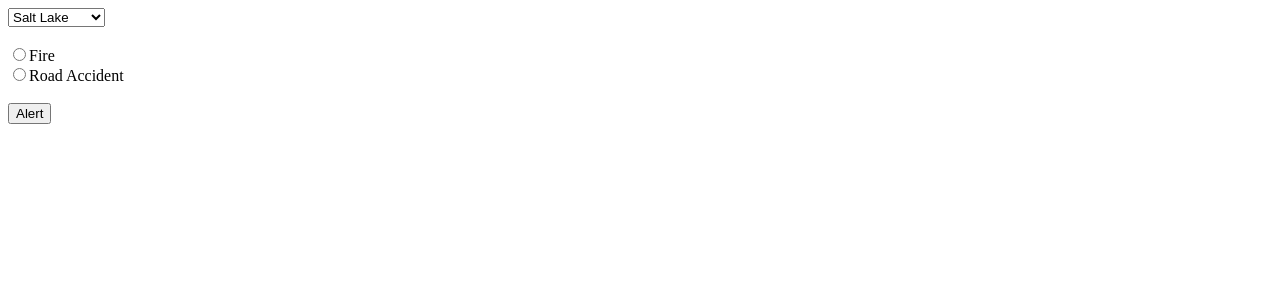
Repository: jeetlovely/ems
Page: EmergencyManagement/WebContent/userpage.html
The author's editor kept a copy of each file at every save. The page is drawn from the files as they stood at one save, then again after the next save.
The browser window is 1280 px wide. The pictures show the whole page.

Above is the page before, as saved 2018-04-29 12:04:39.

### EmergencyManagement/WebContent/userpage.html
<!DOCTYPE html>
<html>
<head>
<meta charset="ISO-8859-1">
<title>Insert title here</title>
</head>
<body>

<form action="Acknowledgement">
<select name="location">
  <option value="22.579956,88.437950">Salt Lake</option>
  <option value="22.5170,88.3658">Gariahat</option>
  <option value="22.5982,88.3687">Shyambazar</option>
</select> <br><br>

<input type="radio" name="accidentType" value="msp101">Fire<br>
<input type="radio" name="accidentType" value="msp102">Road Accident<br><br>

<input type="submit" value="Alert">



</form>

</body>
</html>

After the next save:
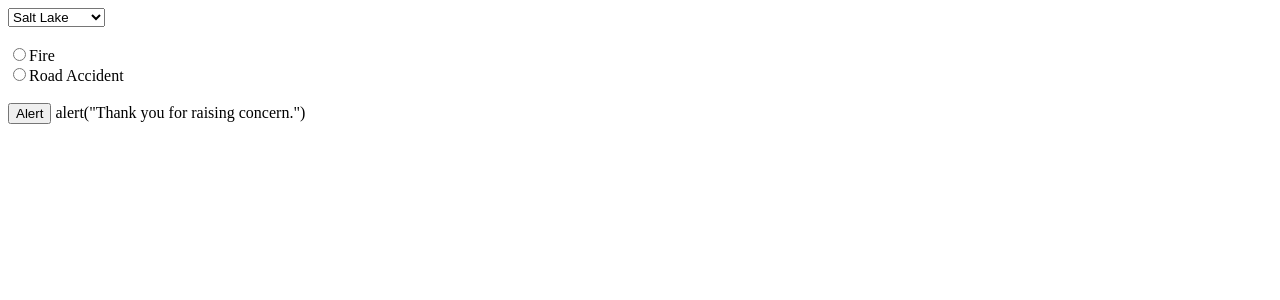
Saved 3 s later.
--- a/EmergencyManagement/WebContent/userpage.html
+++ b/EmergencyManagement/WebContent/userpage.html
@@ -18,7 +18,7 @@
 
 <input type="submit" value="Alert">
 
-
+alert("Thank you for raising concern.")
 
 </form>
 
